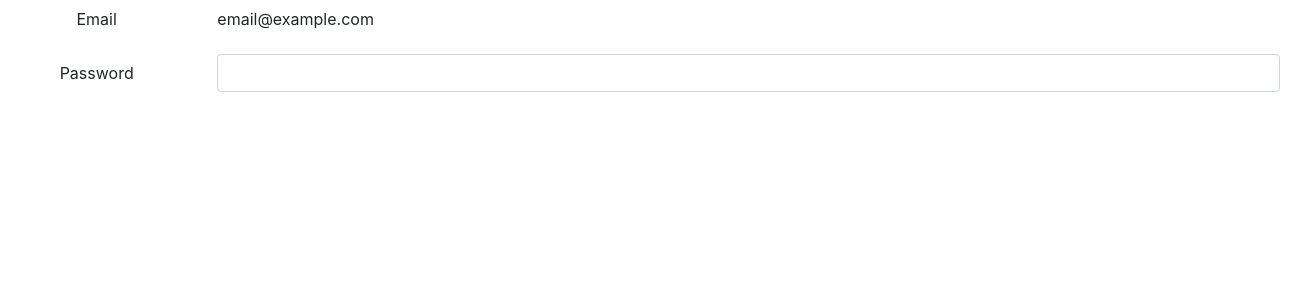
Repository: mariamkhaledsapra/E-Commerce-main
Page: /login
An editor plug-in stored every save of this project. The page is shown before and after the next save, followed by the edit.
The browser window is 1280 px wide. The page is 1292 px wide, then 1280 px, so the pictures cover 1292 px, including what lies to the right of the window. The pictures show the whole page.
The project was rebuilt for these pictures with package versions that can differ from the ones it lists, and the page was loaded fresh each time. Also part of the build but not shown: src/components/Navbar.jsx.

Above is the page before, as saved 2024-02-13 21:29:50.

After the next save:
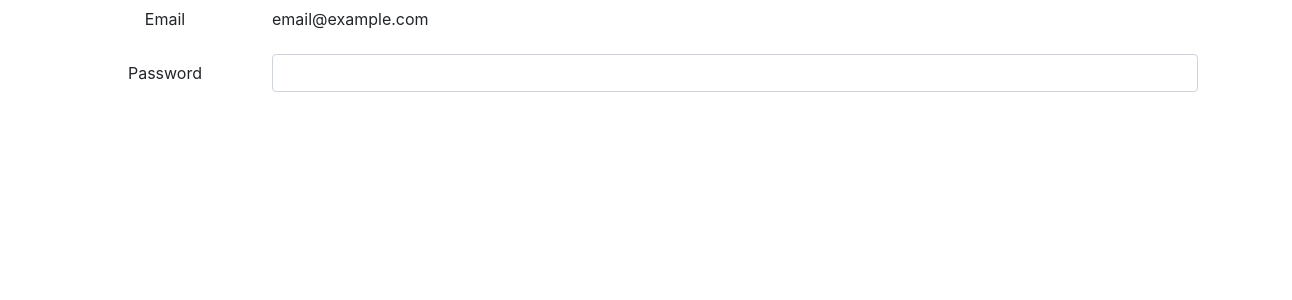
Saved 5 s later.
--- a/src/components/Login.jsx
+++ b/src/components/Login.jsx
@@ -2,7 +2,7 @@ import React from "react";
 
 const Login = () => {
   return (
-    <div className>
+    <div className="container">
       {" "}
       <div className="mb-3 row">
         <label for="staticEmail" className="col-sm-2 col-form-label">
